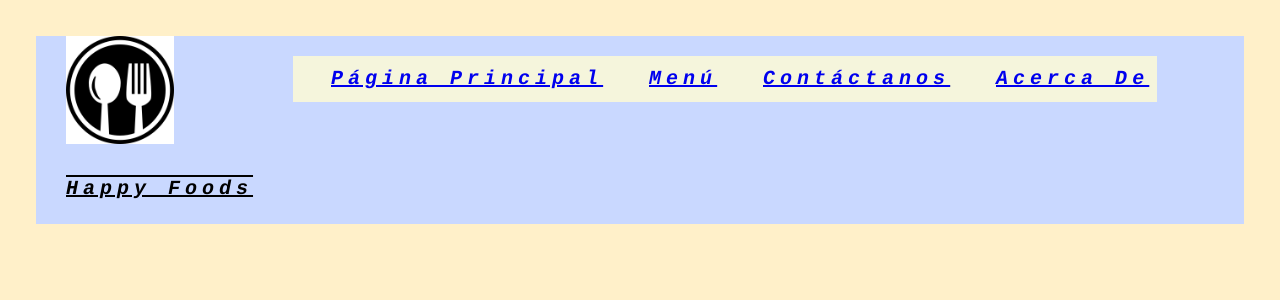
Repository: UVMCoyoacan/eq06_sitio1
Page: Carpeta docs/menu.html
An editor plug-in stored every save of this project. The page is shown before and after the next save, followed by the edit.
The browser window is 1280 px wide. The pictures show the whole page.

Above is the page before, as saved 2024-03-06 10:54:53.

After the next save:
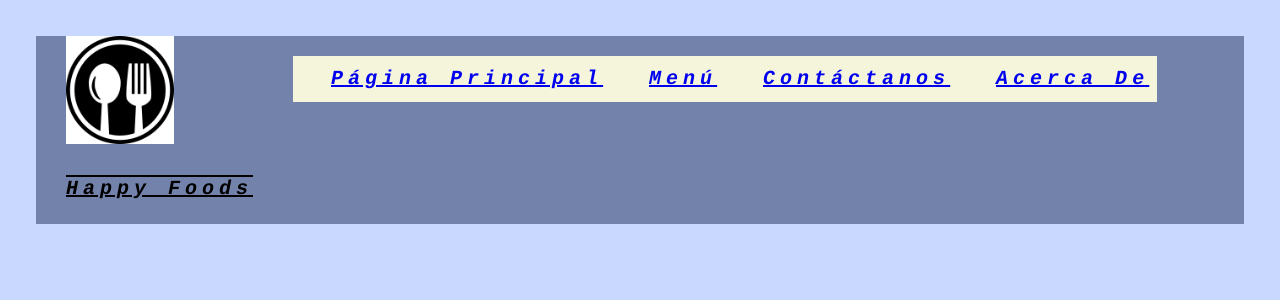
Saved 48 s later.
--- a/Carpeta estilos/estilo1.css
+++ b/Carpeta estilos/estilo1.css
@@ -1,5 +1,5 @@
 body{
-    background-color:#FFF0C9;
+    background-color:#C9D8FF;
     font-size:20px;
     font-family:Courier;
     font-weight:bold;
@@ -12,7 +12,7 @@ body{
     text-indent:30px;
 }
 header{
-    background-color:#C9D8FF;
+    background-color:#7382AA;
     font-size:20px;
     font-family:Courier;
     font-weight:bold;

After the save that followed:
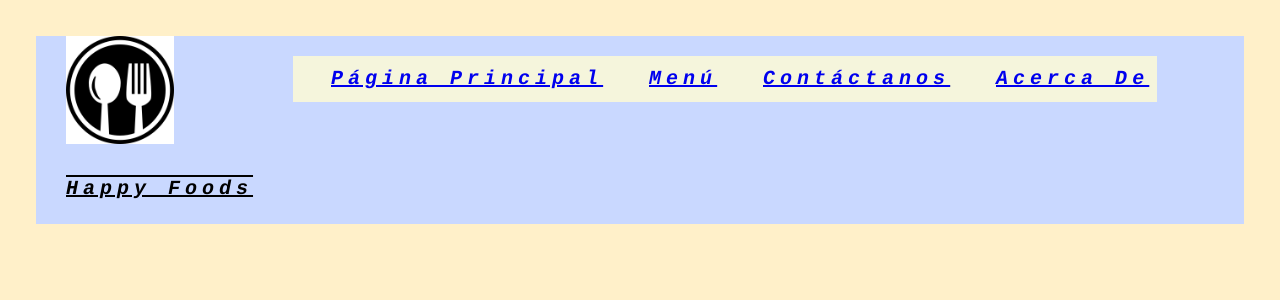
Saved 37 s later.
--- a/Carpeta estilos/estilo1.css
+++ b/Carpeta estilos/estilo1.css
@@ -1,5 +1,5 @@
 body{
-    background-color:#C9D8FF;
+    background-color:#FFF0C9;
     font-size:20px;
     font-family:Courier;
     font-weight:bold;
@@ -12,7 +12,7 @@ body{
     text-indent:30px;
 }
 header{
-    background-color:#7382AA;
+    background-color:#C9D8FF;
     font-size:20px;
     font-family:Courier;
     font-weight:bold;
